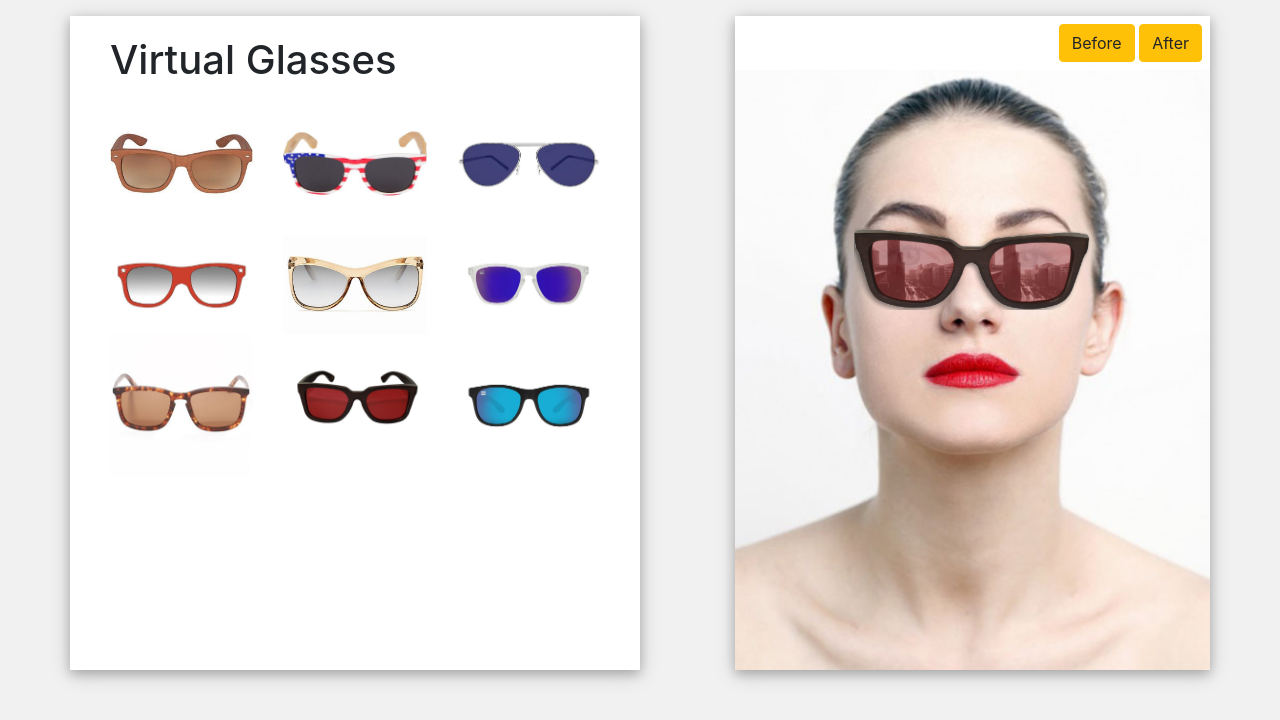
Repository: Khoi300399/BC35E_ES6_B2_MaThanhKhoi
Page: index.html
The author's editor kept a copy of each file at every save. The page is drawn from the files as they stood at one save, then again after the next save.
The browser window is 1280 px wide. The pictures show the whole page.

Above is the page before, as saved 2022-10-21 21:56:40.

After the next save:
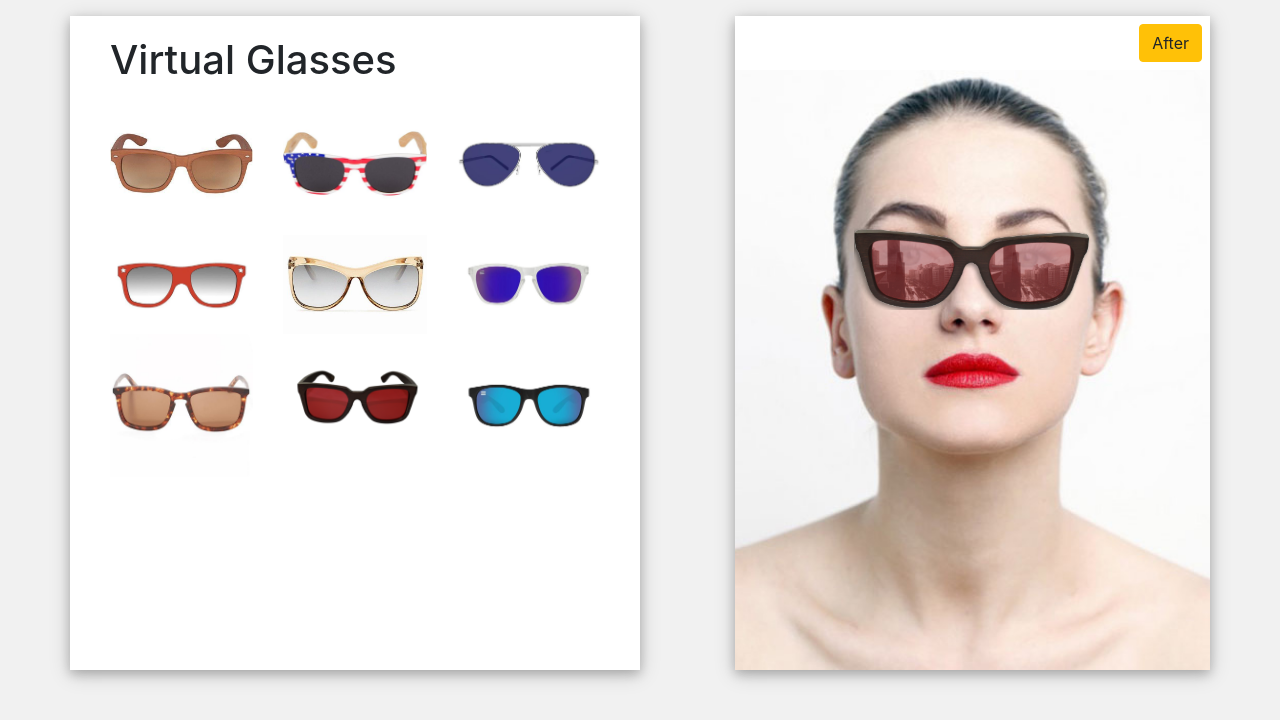
Saved 22 s later.
--- a/index.html
+++ b/index.html
@@ -35,9 +35,9 @@
         <div class="col-5 vglasses__right p-0">
           <div class="vglasses__card">
             <div class="mb-2 text-right mt-2 mr-2">
-              <button class="btn btn-warning" onclick="removeGlasses(false)">
+              <!-- <button class="btn btn-warning" onclick="removeGlasses(false)">
                 Before
-              </button>
+              </button> -->
               <button class="btn btn-warning" onclick="removeGlasses(true)">
                 After
               </button>

After the save that followed:
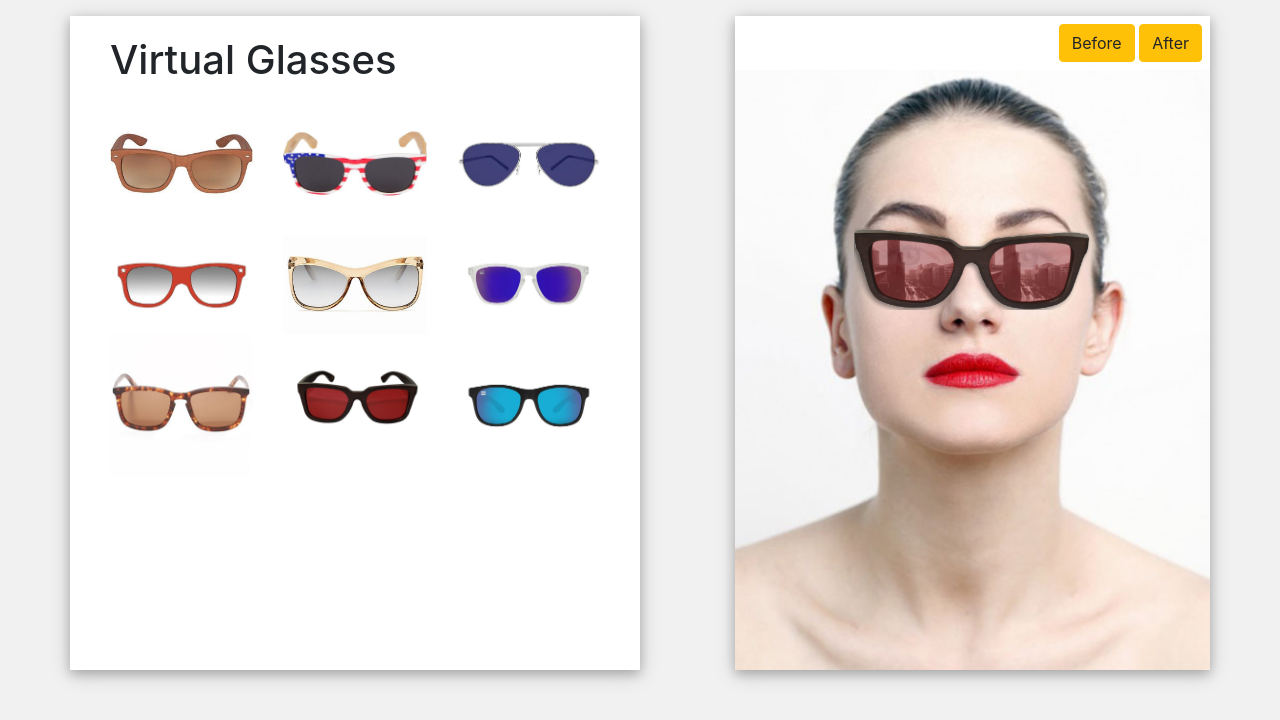
Saved 9 s later.
--- a/index.html
+++ b/index.html
@@ -35,9 +35,9 @@
         <div class="col-5 vglasses__right p-0">
           <div class="vglasses__card">
             <div class="mb-2 text-right mt-2 mr-2">
-              <!-- <button class="btn btn-warning" onclick="removeGlasses(false)">
+              <button class="btn btn-warning" onclick="removeGlasses(false)">
                 Before
-              </button> -->
+              </button>
               <button class="btn btn-warning" onclick="removeGlasses(true)">
                 After
               </button>
